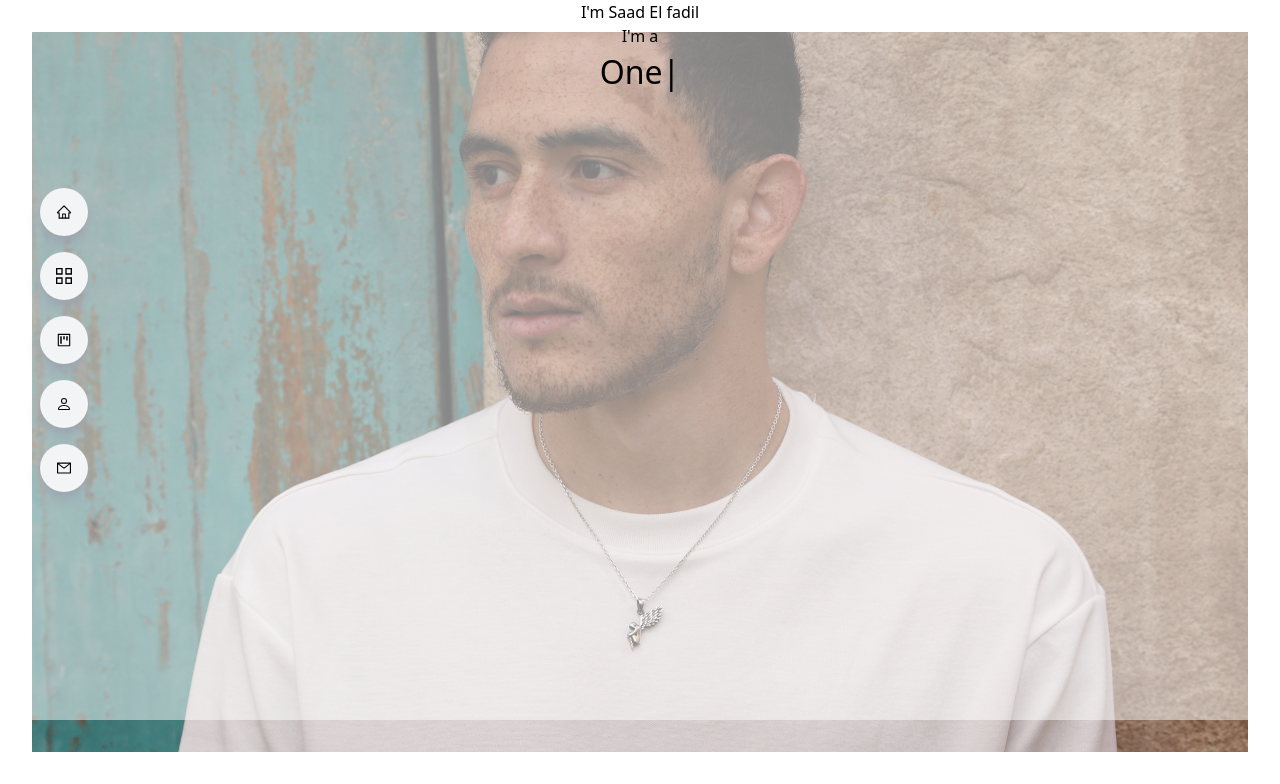
Repository: Saadelfadil/saadelfadil.github.io
Page: /
The author's editor kept a copy of each file at every save. The page is drawn from the files as they stood at one save, then again after the next save.
The browser window is 1280 px wide. The pictures show the whole page.
The project was rebuilt for these pictures with package versions that can differ from the ones it lists, and the page was loaded fresh each time. Also part of the build but not shown: vite.config.js.

Above is the page before, as saved 2023-02-26 16:40:42.

### src/App.jsx
import './App.css'
import Sidenave from './components/Sidenave'
import Main from './components/Main'

function App() {

  return (
    <div>
      <Sidenave />
      <Main />
    </div>
  )
}

export default App

### src/components/Sidenave.jsx
import React, { useState } from "react";
import { AiOutlineHome, AiOutlineMail, AiOutlineMenu, AiOutlineProject } from "react-icons/ai"
import { GrProjects } from "react-icons/gr"
import { BsPerson } from "react-icons/bs"

const Sidenave = () => {
    const [nav, setNav] = useState(false)

    const handleNav = () => {
        setNav((prev) => prev = !nav);
    };

  return (
    <div>
        <AiOutlineMenu onClick={handleNav} className="absolute top-4 right-4 z-[100] md:hidden"/>
        {
            nav ? (
                <div className="fixed w-full h-screen bg-white/90 flex flex-col justify-center items-center z-20">
                    <a href="#main" className="w-[75%] flex justify-center rounded-full shadow-lg bg-gray-100 shadow-gray-400 m-2 p-4 cursor-pointer hover:scale-110 ease-in duration-200">
                        <AiOutlineHome size={20}/>
                        <span className="pl-4">Home</span>
                    </a>
                    <a href="#work" className="w-[75%] flex justify-center rounded-full shadow-lg bg-gray-100 shadow-gray-400 m-2 p-4 cursor-pointer hover:scale-110 ease-in duration-200">
                        <GrProjects size={20}/>
                        <span className="pl-4">Work</span>
                    </a>
                    <a href="#projects" className="w-[75%] flex justify-center rounded-full shadow-lg bg-gray-100 shadow-gray-400 m-2 p-4 cursor-pointer hover:scale-110 ease-in duration-200">
                        <AiOutlineProject size={20}/>
                        <span className="pl-4">Projects</span>
                    </a>
                    <a href="#main" className="w-[75%] flex justify-center rounded-full shadow-lg bg-gray-100 shadow-gray-400 m-2 p-4 cursor-pointer hover:scale-110 ease-in duration-200">
                        <BsPerson size={20}/>
                        <span className="pl-4">Resume</span>
                    </a>
                    <a href="#contact" className="w-[75%] flex justify-center rounded-full shadow-lg bg-gray-100 shadow-gray-400 m-2 p-4 cursor-pointer hover:scale-110 ease-in duration-200">
                        <AiOutlineMail size={20}/>
                        <span className="pl-4">Contact</span>
                    </a>
                </div>
            ) : ""
        }

        <div className="md:block hidden fixed top-[25%] z-10">
            <div className="flex flex-col">
                <a href="#main" className="rounded-full shadow-lg bg-gray-100 shadow-gray-400 m-2 p-4 cursor-pointer hover:scale-110 ease-in duration-300 ">
                    <AiOutlineHome />
                </a>
                <a href="#work" className="rounded-full shadow-lg bg-gray-100 shadow-gray-400 m-2 p-4 cursor-pointer hover:scale-110 ease-in duration-300 ">
                    <GrProjects />
                </a>
                <a href="#projects" className="rounded-full shadow-lg bg-gray-100 shadow-gray-400 m-2 p-4 cursor-pointer hover:scale-110 ease-in duration-300 ">
                    <AiOutlineProject />
                </a>
                <a href="#main" className="rounded-full shadow-lg bg-gray-100 shadow-gray-400 m-2 p-4 cursor-pointer hover:scale-110 ease-in duration-300 ">
                    <BsPerson />
                </a>
                <a href="#contact" className="rounded-full shadow-lg bg-gray-100 shadow-gray-400 m-2 p-4 cursor-pointer hover:scale-110 ease-in duration-300 ">
                    <AiOutlineMail />
                </a>
            </div>
        </div>
    </div>
  )
};

export default Sidenave;

### src/components/Main.jsx
import React from "react";
import { TypeAnimation } from "react-type-animation"

const Main = () => {
  return (
    <div id="main">
        <img className="w-full h-screen object-cover object-right " src="/src/assets/saadelfadil.jpg" alt="saadelfadil" />
        <div className="w-full h-screen absolute top-0 left-0 bg-white/50 ">
            <div className="">
                <h1>I'm Saad El fadil</h1>
                <h2>I'm a
                    <TypeAnimation
                        sequence={[
                            'One', // Types 'One'
                            1000, // Waits 1s
                            'Two', // Deletes 'One' and types 'Two'
                            2000, // Waits 2s
                            'Two Three', // Types 'Three' without deleting 'Two'
                            () => {
                            console.log('Done typing!'); // Place optional callbacks anywhere in the array
                            }
                        ]}
                        wrapper="div"
                        cursor={true}
                        repeat={Infinity}
                        style={{ fontSize: '2em' }}
                    />
                </h2>
            </div>
        </div>
    </div>
  )
};

export default Main;

Loaded but not shown: index.html (common file); src/main.jsx (common file); src/index.css (common file); src/App.css (common file); tailwind.config.cjs (common file)

After the next save:
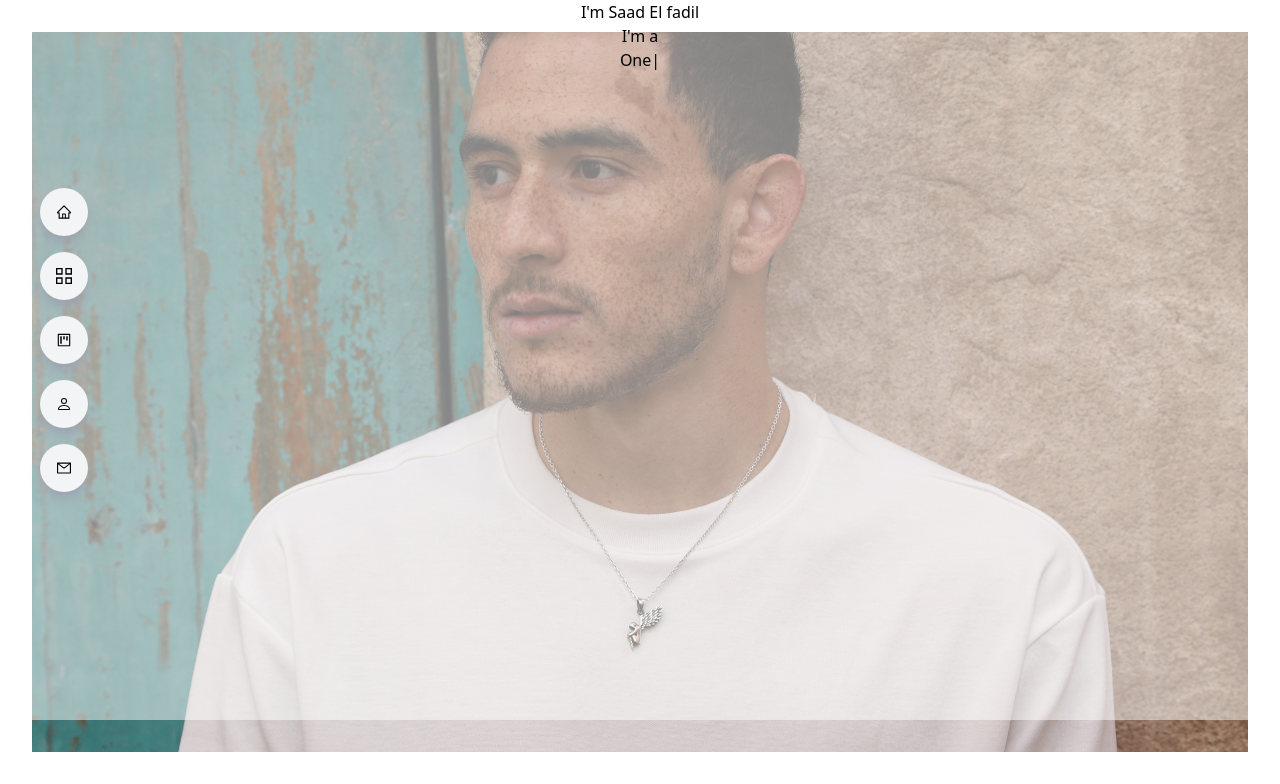
Saved 7 s later.
--- a/src/components/Main.jsx
+++ b/src/components/Main.jsx
@@ -23,7 +23,7 @@ const Main = () => {
                         wrapper="div"
                         cursor={true}
                         repeat={Infinity}
-                        style={{ fontSize: '2em' }}
+                        style={{ fontSize: '1em' }}
                     />
                 </h2>
             </div>
